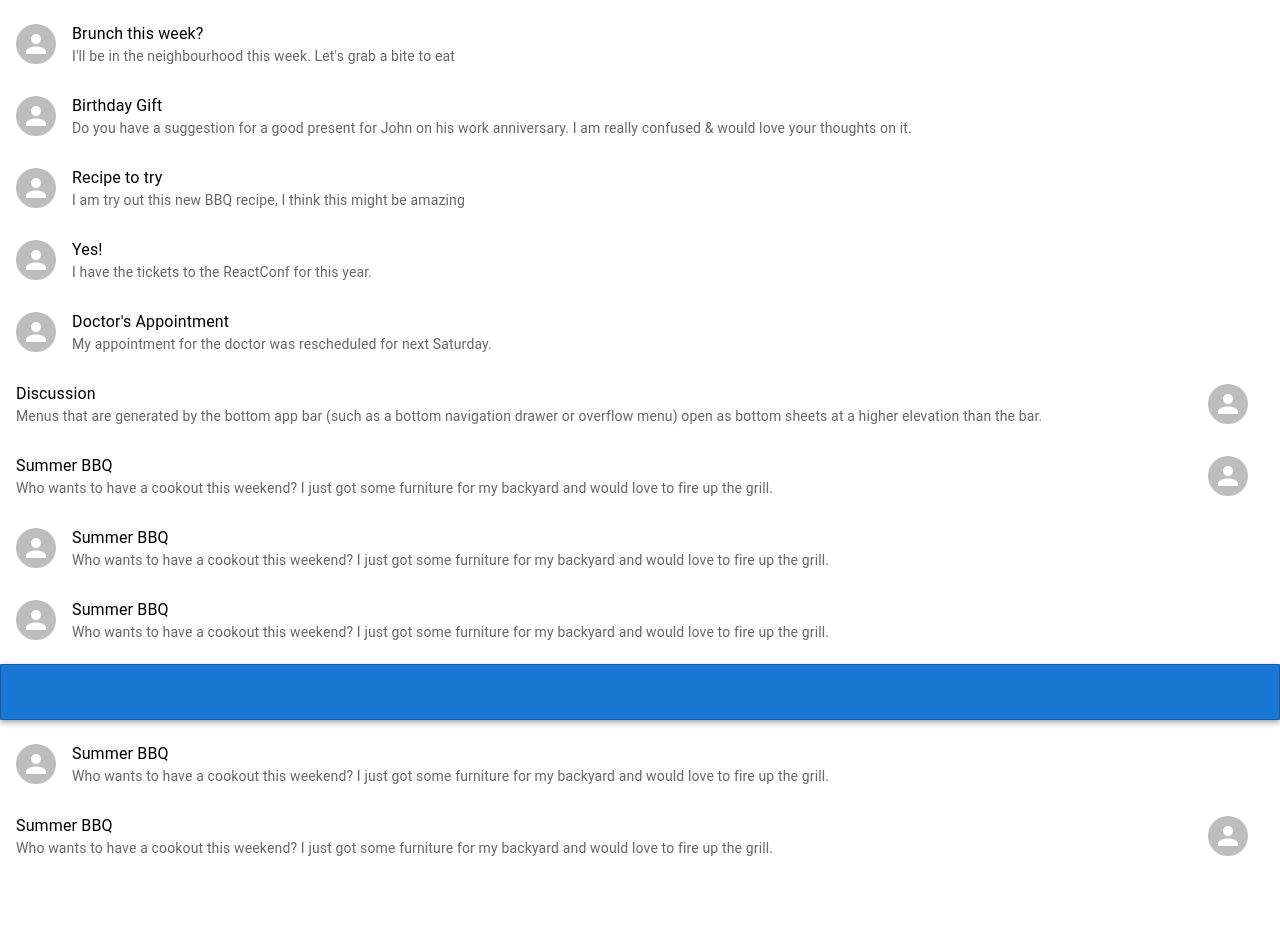
Repository: background-position/midway-react
Page: /chart
The author's editor kept a copy of each file at every save. The page is drawn from the files as they stood at one save, then again after a run of saves.
The browser window is 1280 px wide. The pictures show the whole page.
The project was rebuilt for these pictures with package versions that can differ from the ones it lists, and the page was loaded fresh each time. Also part of the build but not shown: vite.config.ts, src/service/apis/lambda/index.ts, src/client/pages/login/login.tsx, src/client/pages/register/register.tsx.

Above is the page before, as saved 2021-12-31 17:53:23.

### src/main.tsx
import React from 'react';
import ReactDOM from 'react-dom';
import './index.css';
import App from './client/App';
import { BrowserRouter } from 'react-router-dom';
ReactDOM.render(
    <BrowserRouter>
        <React.StrictMode>
            <App />
        </React.StrictMode>
    </BrowserRouter>,
    document.getElementById('root'),
);

### src/client/App.tsx
import React from 'react';
import { Routes, Route } from 'react-router-dom';
import About from './pages/about/about';
import Login from './pages/login/login';
import Register from './pages/register/register';
import Chart from './pages/chart/index';
function App() {
    return (
        <div className="App">
            <Routes>
                <Route path="/" element={<Login />} />
                <Route path="/register" element={<Register />} />
                <Route path="/chart" element={<Chart />} />
            </Routes>
        </div>
    );
}
export default App;

### src/client/pages/chart/index.tsx
import React, { useState, useEffect, FC } from 'react';
import Container from '@mui/material/Container';
import Header from './components/header';
import Chart from './components/chart';

interface PageProps {}
const App: FC<PageProps> = () => {
    return <Chart />;
};
export default App;

### src/client/pages/chart/components/chart.tsx
import React, { useState, useEffect, FC } from 'react';
import { chartList } from './res';
import { styled } from '@mui/material/styles';
import TextField from '@mui/material/TextField';
import AppBar from '@mui/material/AppBar';
import Box from '@mui/material/Box';
import CssBaseline from '@mui/material/CssBaseline';
import Toolbar from '@mui/material/Toolbar';
import Typography from '@mui/material/Typography';
import IconButton from '@mui/material/IconButton';
import Paper from '@mui/material/Paper';
import Fab from '@mui/material/Fab';
import List from '@mui/material/List';
import ListItem from '@mui/material/ListItem';
import ListItemAvatar from '@mui/material/ListItemAvatar';
import ListItemText from '@mui/material/ListItemText';
import ListSubheader from '@mui/material/ListSubheader';
import Avatar from '@mui/material/Avatar';
import MenuIcon from '@mui/icons-material/Menu';
import AddIcon from '@mui/icons-material/Add';
import SearchIcon from '@mui/icons-material/Search';
import MoreIcon from '@mui/icons-material/MoreVert';
import { makeStyles } from '@material-ui/styles';
interface PageProps {}
const useStyles = makeStyles({
    root: {
        backgroundColor: 'red',
        width: '200px',
    },
});

const App: FC<PageProps> = () => {
    const classes = {
        alignItems: 'flex-end',
    };
    return (
        <div>
            <List sx={{ mb: 2, marginBottom: '0px' }}>
                {chartList.map(({ id, nickname, content, isMe }) => (
                    <React.Fragment key={id}>
                        {isMe ? (
                            <ListItem button alignItems="flex-start">
                                <ListItemText
                                    primary={nickname}
                                    secondary={content}
                                />
                                <ListItemAvatar>
                                    <Avatar alt="Profile Picture" />
                                </ListItemAvatar>
                            </ListItem>
                        ) : (
                            <ListItem button>
                                <ListItemAvatar>
                                    <Avatar alt="Profile Picture" />
                                </ListItemAvatar>
                                <ListItemText
                                    primary={nickname}
                                    secondary={content}
                                />
                            </ListItem>
                        )}
                    </React.Fragment>
                ))}
            </List>
            <AppBar position="sticky" sx={{ top: 'auto', bottom: 0 }}>
                <TextField id="outlined-basic" variant="outlined" />
            </AppBar>
        </div>
    );
};
export default App;

### src/client/pages/chart/components/res.ts
interface chartItem {
    id?: string | number;
    nickname: string;
    content: string;
    logo?: string;
    isMe: boolean;
    [propname: string]: any;
}
export const chartList: Array<chartItem> = [
    {
        id: 1,
        nickname: 'Brunch this week?',
        content:
            "I'll be in the neighbourhood this week. Let's grab a bite to eat",
        isMe: false,
    },
    {
        id: 2,
        nickname: 'Birthday Gift',
        content: `Do you have a suggestion for a good present for John on his work
        anniversary. I am really confused & would love your thoughts on it.`,
        isMe: false,
    },
    {
        id: 3,
        nickname: 'Recipe to try',
        content:
            'I am try out this new BBQ recipe, I think this might be amazing',
        isMe: false,
    },
    {
        id: 4,
        nickname: 'Yes!',
        content: 'I have the tickets to the ReactConf for this year.',
        isMe: false,
    },
    {
        id: 5,
        nickname: "Doctor's Appointment",
        content:
            'My appointment for the doctor was rescheduled for next Saturday.',
        isMe: false,
    },
    {
        id: 6,
        nickname: 'Discussion',
        content: `Menus that are generated by the bottom app bar (such as a bottom
        navigation drawer or overflow menu) open as bottom sheets at a higher elevation
        than the bar.`,
        isMe: true,
    },
    {
        id: 7,
        nickname: 'Summer BBQ',
        content: `Who wants to have a cookout this weekend? I just got some furniture
        for my backyard and would love to fire up the grill.`,
        isMe: true,
    },
    {
        id: 71,
        nickname: 'Summer BBQ',
        content: `Who wants to have a cookout this weekend? I just got some furniture
        for my backyard and would love to fire up the grill.`,
        isMe: false,
    },
    {
        id: 72,
        nickname: 'Summer BBQ',
        content: `Who wants to have a cookout this weekend? I just got some furniture
        for my backyard and would love to fire up the grill.`,
        isMe: false,
    },
    {
        id: 73,
        nickname: 'Summer BBQ',
        content: `Who wants to have a cookout this weekend? I just got some furniture
        for my backyard and would love to fire up the grill.`,
        isMe: true,
    },
    {
        id: 74,
        nickname: 'Summer BBQ',
        content: `Who wants to have a cookout this weekend? I just got some furniture
        for my backyard and would love to fire up the grill.`,
        isMe: false,
    },
    {
        id: 75,
        nickname: 'Summer BBQ',
        content: `Who wants to have a cookout this weekend? I just got some furniture
        for my backyard and would love to fire up the grill.`,
        isMe: true,
    },
];

Loaded but not shown: index.html (common file); src/index.css (common file)

After the next 2 saves:
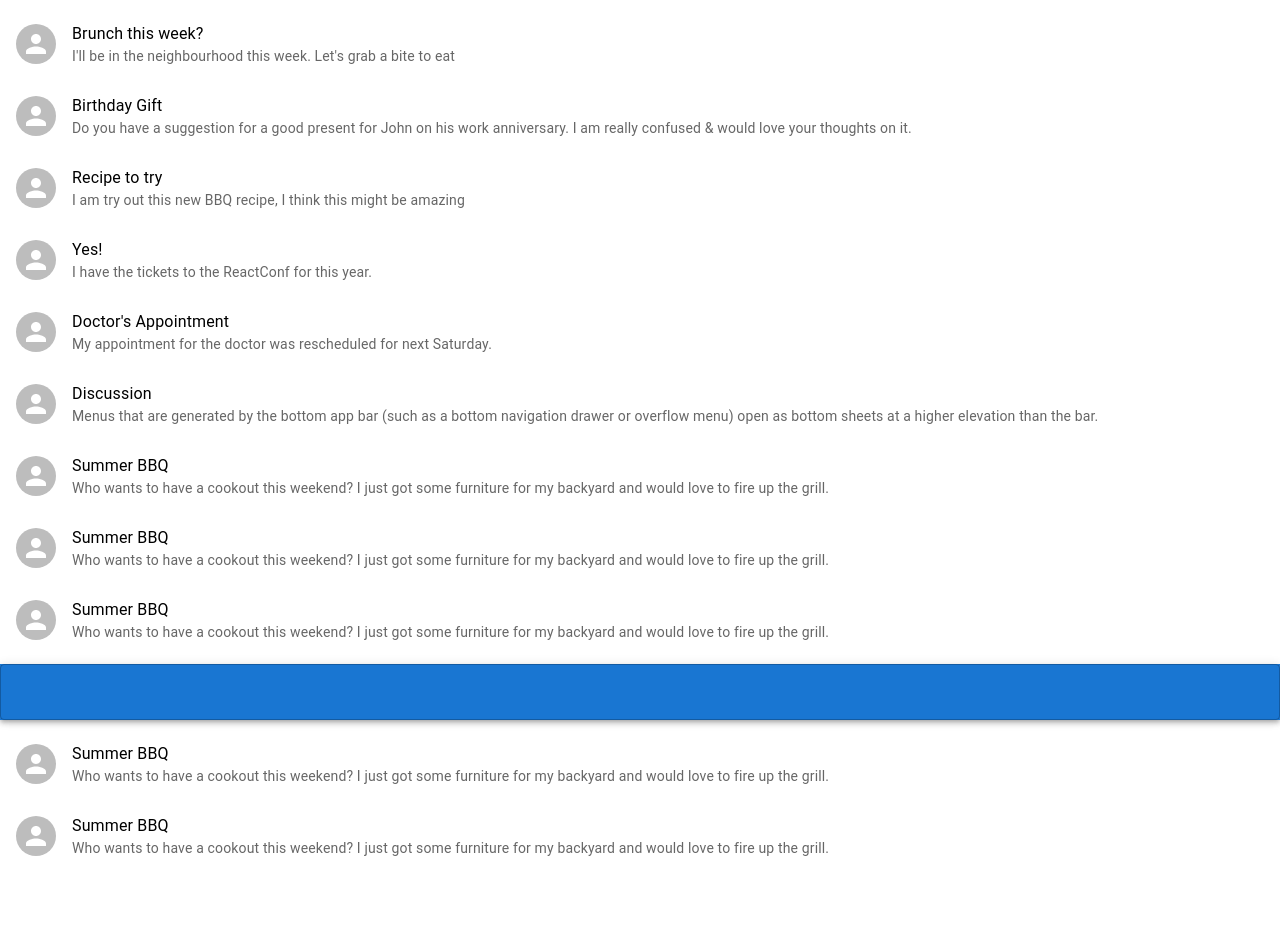
The 2 saves are shown as one change because they came seconds apart.
The last was saved 20 s later.
--- a/src/client/pages/chart/components/chart.tsx
+++ b/src/client/pages/chart/components/chart.tsx
@@ -40,13 +40,13 @@
                     <React.Fragment key={id}>
                         {isMe ? (
                             <ListItem button alignItems="flex-start">
+                                <ListItemAvatar>
+                                    <Avatar alt="Profile Picture" />
+                                </ListItemAvatar>
                                 <ListItemText
                                     primary={nickname}
                                     secondary={content}
                                 />
-                                <ListItemAvatar>
-                                    <Avatar alt="Profile Picture" />
-                                </ListItemAvatar>
                             </ListItem>
                         ) : (
                             <ListItem button>

After the 3 saves that followed:
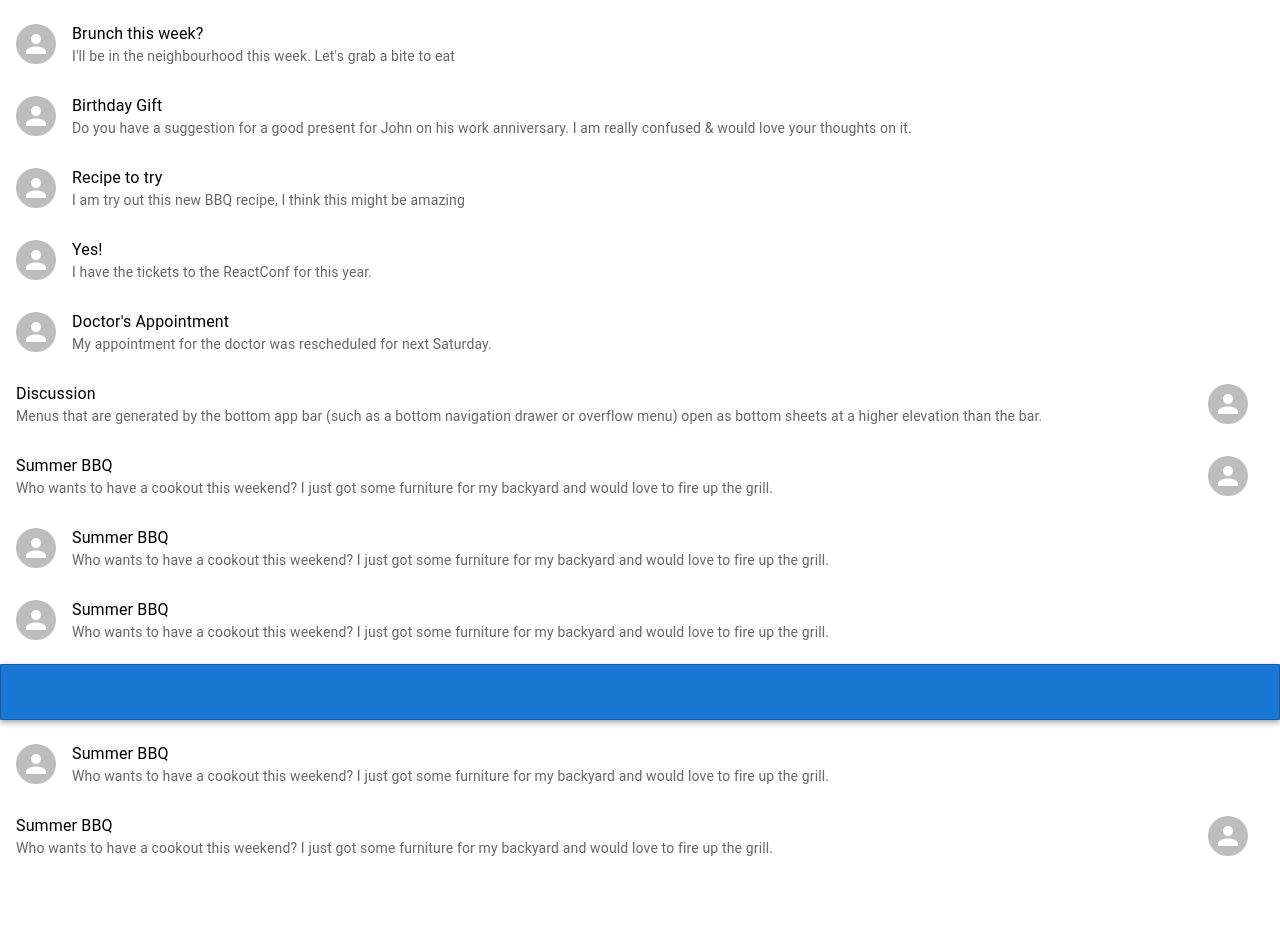
The 3 saves are shown as one change because they came seconds apart.
The last was saved 15 s later.
--- a/src/client/pages/chart/components/chart.tsx
+++ b/src/client/pages/chart/components/chart.tsx
@@ -40,13 +40,13 @@
                     <React.Fragment key={id}>
                         {isMe ? (
                             <ListItem button alignItems="flex-start">
-                                <ListItemAvatar>
-                                    <Avatar alt="Profile Picture" />
-                                </ListItemAvatar>
                                 <ListItemText
                                     primary={nickname}
                                     secondary={content}
                                 />
+                                <ListItemAvatar>
+                                    <Avatar alt="Profile Picture" />
+                                </ListItemAvatar>
                             </ListItem>
                         ) : (
                             <ListItem button>
